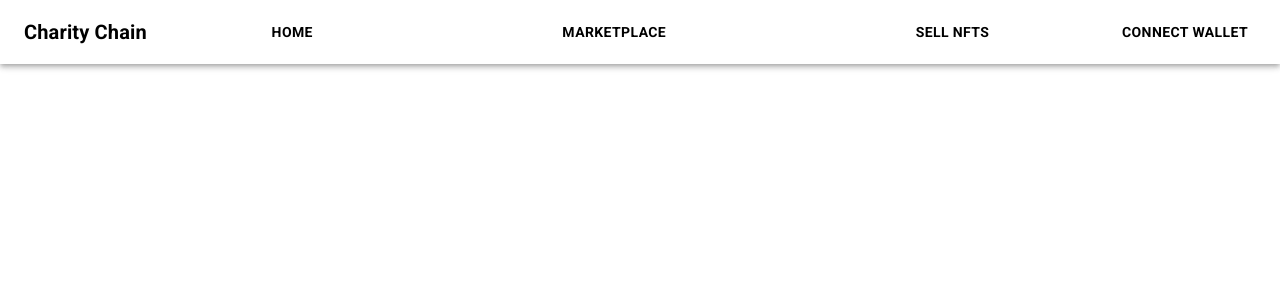
Repository: seanwjcho/charity-chain
Page: /
These files come from the project's save history. The page is drawn as it stood at one moment and after the next save; the edit follows.
The browser window is 1280 px wide. The pictures show the whole page.
The project was rebuilt for these pictures with package versions that can differ from the ones it lists, and the page was loaded fresh each time. Also part of the build but not shown: src/App.css, src/components/NFTTile.js, src/components/Profile.js, src/components/NFT.js, src/App.js.

Above is the page before, as saved 2023-05-14 15:48:49.

After the next save:
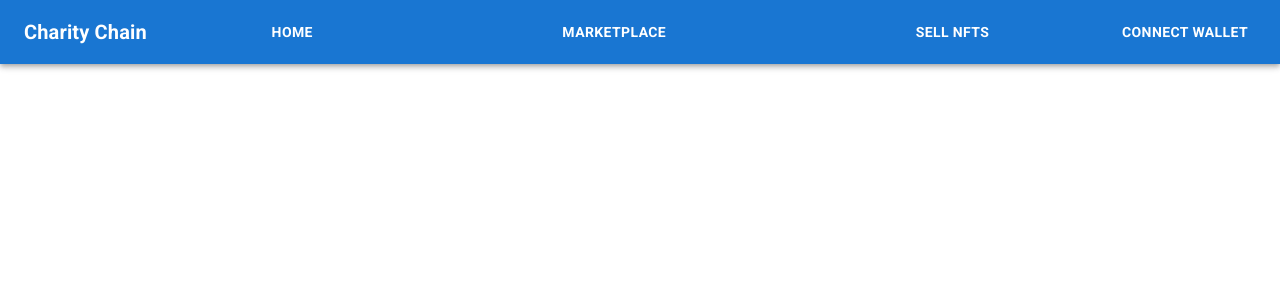
Saved 6 s later.
--- a/src/components/Navbar.js
+++ b/src/components/Navbar.js
@@ -60,7 +60,7 @@ const Navbar = () => {
 
     return (
       <Box sx={{ flexGrow: 1 }}>
-      <AppBar color = "#f44336" position="static">
+      <AppBar position="static">
         <Toolbar>
 
           <Typography variant="h6" component="div">Charity Chain </Typography>
